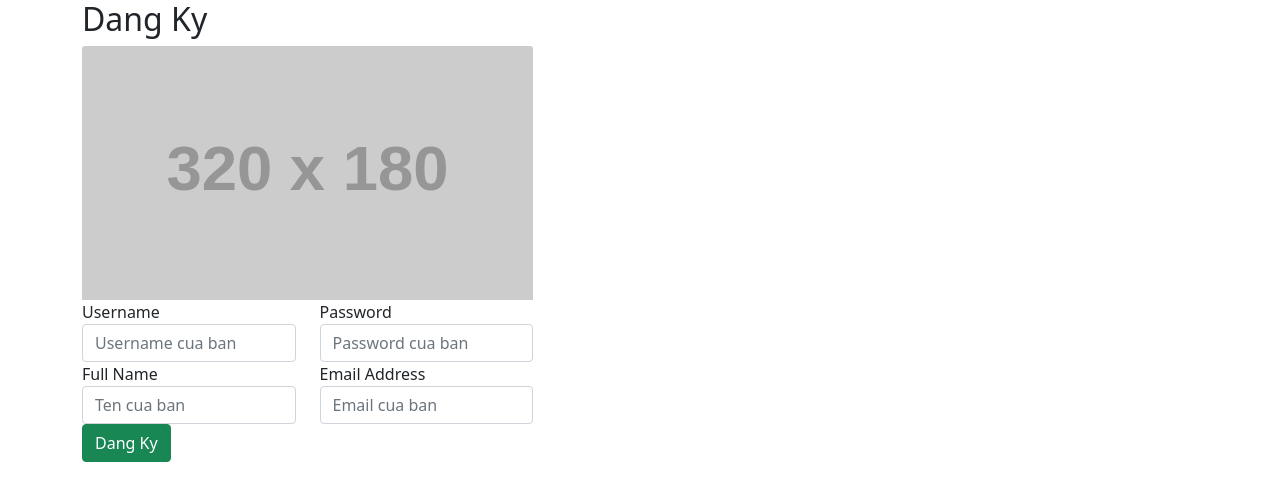
Repository: kiennd3921/AssJava4
Page: http://localhost/Assignment/view/auth/DangKy.jsp
These files come from the project's save history. The page is drawn as it stood at one moment and after the next save; the edit follows.
The browser window is 1280 px wide. The pictures show the whole page.
The page is served by Tomcat 9. Other server files are loaded and not shown.

Above is the page before, as saved 2021-04-17 15:33:15.

### PT15307-UD/Assignment/WebContent/view/auth/DangKy.jsp
<%@ page language="java" contentType="text/html; charset=ISO-8859-1"
	pageEncoding="UTF-8"%>
<!DOCTYPE html>
<html>
<head>
<meta charset="UTF-8">
<meta name="viewport" content="width = device-width, initial-scale=1.0">
<title>Insert title here</title>
<%@ taglib uri="http://java.sun.com/jstl/core_rt" prefix="c"%>
<link rel="stylesheet" type="text/css">
<link
	href="https://cdn.jsdelivr.net/npm/bootstrap@5.0.0-beta2/dist/css/bootstrap.min.css"
	rel="stylesheet"
	integrity="sha384-BmbxuPwQa2lc/FVzBcNJ7UAyJxM6wuqIj61tLrc4wSX0szH/Ev+nYRRuWlolflfl"
	crossorigin="anonymous">

</head>
<body>
	<div class="container">
		<div class="row">
			<div class="col-md-5">
				<form>
					<h2>Dang Ky</h2>
					<div float="left">
						<img src="https://via.placeholder.com/320x180"
								class="card-img-top" alt="Card image cap">
					</div>
					<div class="row">
						<div class="col">
							<label>Username</label> <input type="text" class="form-control"
								placeholder="Username cua ban" required name="">
						</div>
						<div class="col">
							<label>Password</label> <input type="password"
								class="form-control" placeholder="Password cua ban" required
								name="">
						</div>

					</div>
					<div class="row">
						<div class="col">
							<label>Full Name</label> <input type="text" class="form-control"
								placeholder="Ten cua ban" required name="">
						</div>
						<div class="col">
							<label>Email Address</label> <input type="email"
								class="form-control" placeholder="Email cua ban" required
								name="">
						</div>
					</div>
					<div class="form-group">
						<button class="btn btn-success" type="submit">Dang Ky</button>
					</div>
				</form>
			</div>
		</div>
	</div>
</body>
</html>

After the next save:
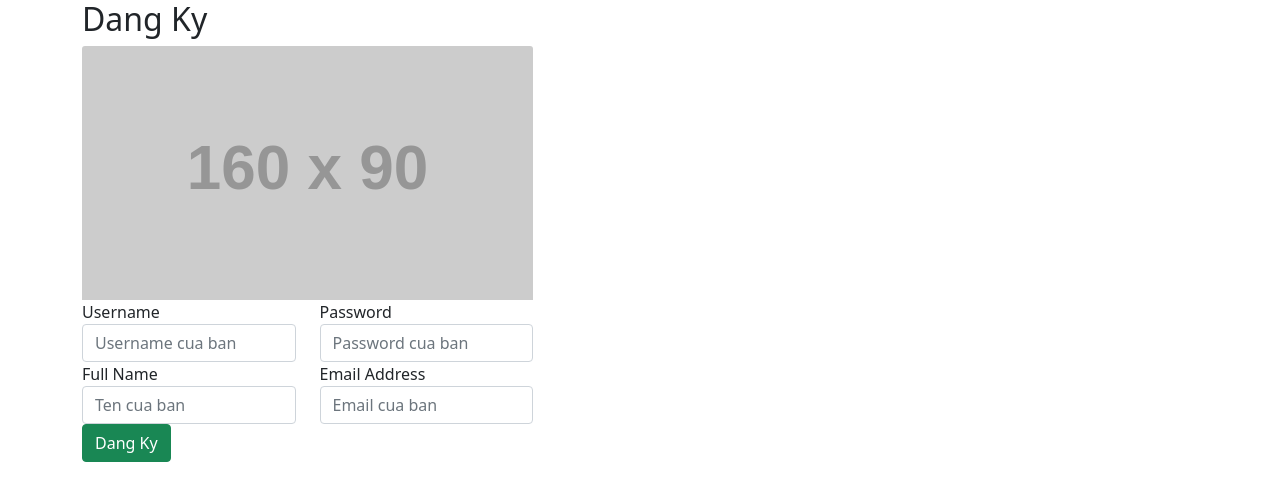
Saved 22 s later.
--- a/PT15307-UD/Assignment/WebContent/view/auth/DangKy.jsp
+++ b/PT15307-UD/Assignment/WebContent/view/auth/DangKy.jsp
@@ -22,7 +22,7 @@
 				<form>
 					<h2>Dang Ky</h2>
 					<div float="left">
-						<img src="https://via.placeholder.com/320x180"
+						<img src="https://via.placeholder.com/160x90"
 								class="card-img-top" alt="Card image cap">
 					</div>
 					<div class="row">
